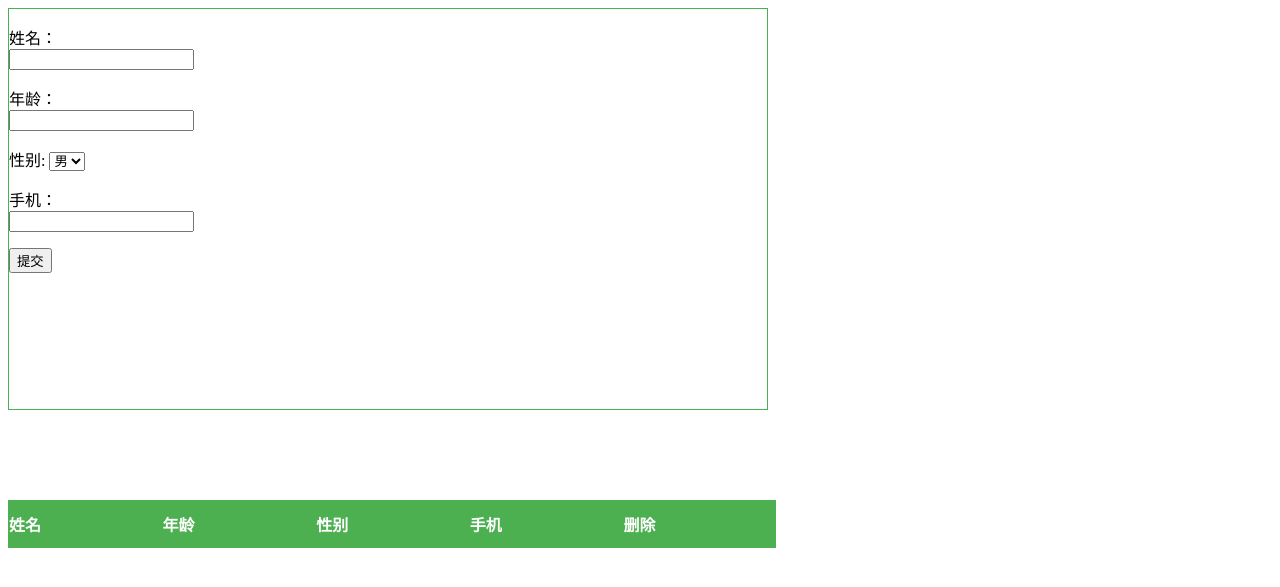
Repository: 1404413577/jsdemo
Page: small-demo/录入信息.html
These files come from the project's save history. The page is drawn as it stood at one moment and after the next save; the edit follows.
The browser window is 1280 px wide. The pictures show the whole page.

Above is the page before, as saved 2022-11-20 16:32:26.

### small-demo/录入信息.html
<!DOCTYPE html>
<html lang="en">

<head>
    <meta charset="UTF-8">
    <meta http-equiv="X-UA-Compatible" content="IE=edge">
    <meta name="viewport" content="width=device-width, initial-scale=1.0">
    <title>Document</title>
    <style>
        .customers {
            font-family: Arial, Helvetica, sans-serif;
            border-collapse: collapse;
            width: 60%;
            position: absolute;
            top: 500px
        }

        .customers td,
        #customers th {
            border: 1px solid #ddd;
            padding: 8px;
        }

        .customers tr:nth-child(even) {
            background-color: #f2f2f2;
        }

        .customers tr:hover {
            background-color: #ddd;
        }

        .customers th {
            padding-top: 12px;
            padding-bottom: 12px;
            text-align: left;
            background-color: #4CAF50;
            color: white;
        }

        .main {
            width: 60%;
            height: 400px;
            border: 1px solid #4CAF50;
        }

        .main input {
            display: block;
        }
        .cus{
            width: 100px;
        }


    </style>
</head>

<body>
    <div class="main">
        <p><span>姓名：</span>
            <input type="text" class="name" id="name">
        </p>
        <p><span>年龄：</span>
            <input type="text" class="age" id="age">
        </p>
        <p><span>性别:</span>
            <select name="gender" id="gender">
                <option value="男">男</option>
                <option value="女">女</option>
            </select>
        </p>
        <p><span>手机：</span>
            <input type="text" class="phone" id="phone">
        </p>
        <p>
            <button type="submit" id="btn">提交</button>

        </p>


    </div>

    <table class="customers">
        <tr>
            <th>姓名</th>
            <th>年龄</th>
            <th>性别</th>
            <th>手机</th>
            <th>删除</th>
        </tr>
        <tr id="customers" class="cus">

        </tr>
    </table>
</body>
<script>

    let gender = document.getElementById("gender");
    let input = document.getElementsByTagName("input");
    let btn = document.getElementById("btn");
    let customers = document.getElementById("customers")
    let staus = [];
    btn.onclick = function () {
        let obj = { name: input[0].value, age: input[1].value, gender: gender.value, phone: input[2].value }
        staus.push(obj)
        console.log(staus)
        let tr = '';
        staus.forEach((item,index) => {
            tr +=`
            <tr>${item.name}</tr>
            <tr>${item.age}</tr>
            <tr>${item.gender}</tr>
            <tr>${item.phone}</tr>
            <tr>删除</tr>
            `
        });

        customers.innerHTML = tr
    }




</script>

</html>

After the next save:
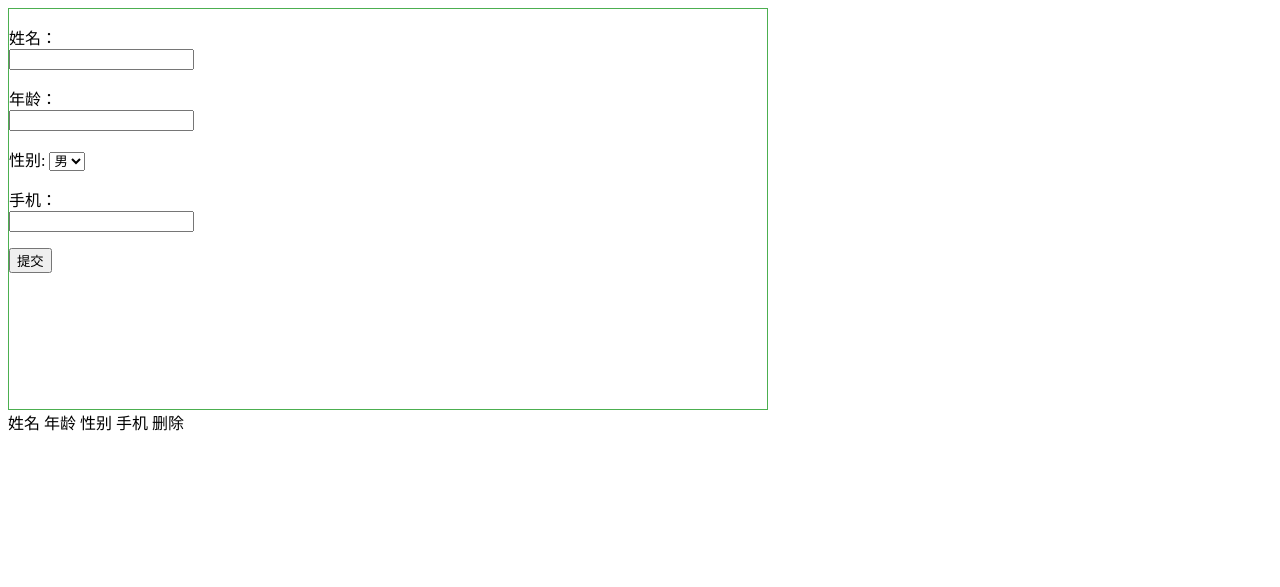
Saved 112 s later.
--- a/small-demo/录入信息.html
+++ b/small-demo/录入信息.html
@@ -46,10 +46,6 @@
         .main input {
             display: block;
         }
-        .cus{
-            width: 100px;
-        }
-
 
     </style>
 </head>
@@ -79,7 +75,7 @@
 
     </div>
 
-    <table class="customers">
+    <thead class="customers">
         <tr>
             <th>姓名</th>
             <th>年龄</th>
@@ -87,10 +83,10 @@
             <th>手机</th>
             <th>删除</th>
         </tr>
-        <tr id="customers" class="cus">
+    <tbody id="customers" class="cus">
 
-        </tr>
-    </table>
+    </tbody>
+    </thead>
 </body>
 <script>
 
@@ -104,8 +100,8 @@
         staus.push(obj)
         console.log(staus)
         let tr = '';
-        staus.forEach((item,index) => {
-            tr +=`
+        staus.forEach((item, index) => {
+            tr += `
             <tr>${item.name}</tr>
             <tr>${item.age}</tr>
             <tr>${item.gender}</tr>
